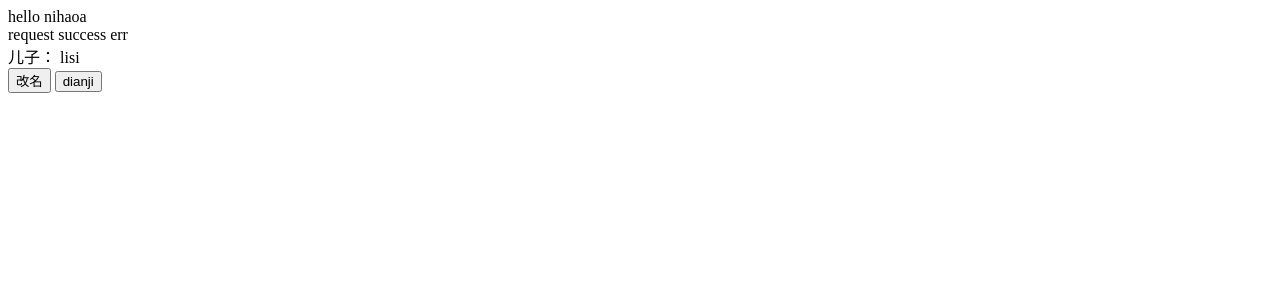
Repository: zgw88/vite-svelte
Page: /
The author's editor kept a copy of each file at every save. The page is drawn from the files as they stood at one save, then again after the next save.
The browser window is 1280 px wide. The pictures show the whole page.
The project was rebuilt for these pictures with package versions that can differ from the ones it lists, and the page was loaded fresh each time. Also part of the build but not shown: vite.config.js, src/app.css, src/lib/Counter.svelte.

Above is the page before, as saved 2022-08-08 17:35:56.

### src/App.svelte
<script>
import Counter from "./lib/Counter.svelte"
import Phone from './lib/phone.svelte'

  let name = 'nihaoa'
  let a = 111
  let b = 222
  let el1 = `<h1> ${name} </h1>`
  let color = 'pink'
  let foo = true
  let state = true
  let count = 0
  $: double = count * 2

  // let list = ['1',2,3,4,5]
  // let list = [
  //   {name: 'hhhh'},
  //   {name: 'cccc'}
  // ]
  let list = []
  setTimeout(() =>{
    color = 'green'
    foo = false
    state = false
  },1000)

  const handleClick = () =>{
    console.log(name,'ccc')
    name = 'henbuhao'
  }

  const handleCount = () =>{
    count += 1
  }

  const handleClickP = () =>{
    console.log(name,'pppp')
  }

  const api = new Promise((resolve,reject) =>{
    setTimeout(() =>{
      reject('request success')
    },1000)
  })

  function print(data){
    console.log(`传过来 ${data.detail}`)
  }

</script>


<!-- <div title={name}>sss</div> -->
<div>hello {name}</div>
<!-- <span>{a} + {b} = {a + b}</span> -->
<!-- <div style="color: {color}">{@html el1}</div> -->
<!-- <div class:active={foo}>{@html el1}</div> -->
<!-- {#if state}
  <div style="color: {color}">{@html el1}</div>
{:else}
  <div style="color: {color}">{@html el1}</div>
{/if}
<ul>
  {#each list as {name}}
    <li>{`${name} -- ${name}`}</li>
    {:else}
    <div>暂无</div>
  {/each}
</ul> -->
<!-- <input type="text" bind:value={name} />
<div>{count} fanbiehou {double}</div> -->

{#await api}
  <span>loading...</span>
{:then response}
  <span>{response}</span>
{:catch error}
  <span>{`${error} err`}</span>
{/await}

<Phone name='lisi' on:printPhone={print} />

<div on:click={handleClickP}>
  <button on:click|stopPropagation={handleClick}>改名</button>
  <button on:click={handleCount}>dianji</button>
</div>



<style>
  .active{
    color: red;
  }
</style>

### src/lib/phone.svelte
<script>
    export let name = 'zhangsan'
    import {createEventDispatcher} from 'svelte'
    const dispatch = createEventDispatcher()
    function printPhone(){
        dispatch('')
    }
</script>

<div>儿子： {name}</div>

Loaded but not shown: index.html (common file); src/main.js (common file)

After the next save:
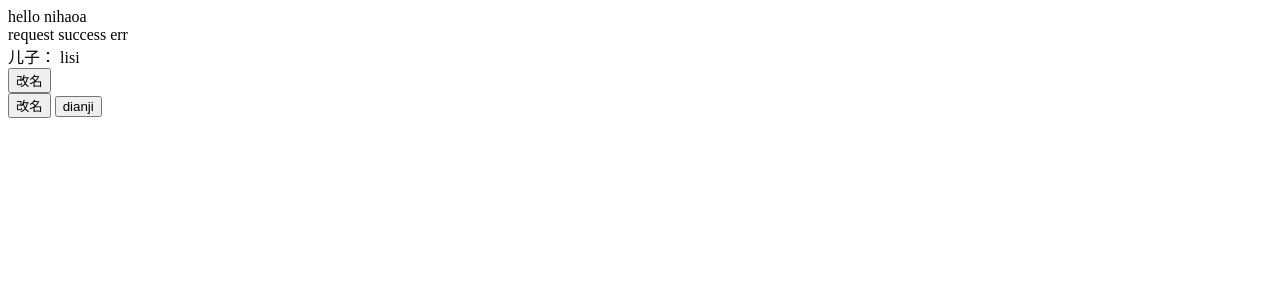
Saved 51 s later.
--- a/src/lib/phone.svelte
+++ b/src/lib/phone.svelte
@@ -3,8 +3,10 @@
     import {createEventDispatcher} from 'svelte'
     const dispatch = createEventDispatcher()
     function printPhone(){
-        dispatch('')
+        dispatch('print','wangwu')
     }
+
 </script>
 
 <div>儿子： {name}</div>
+<button on:click={printPhone}>改名</button>
